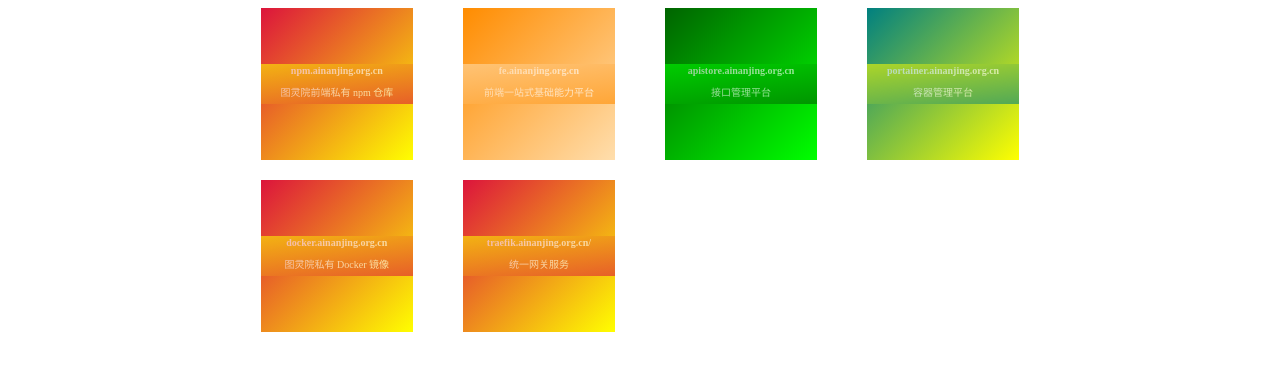
Repository: heweiwei1/portainer
Page: index.html
An editor plug-in stored every save of this project. The page is shown before and after the next save, followed by the edit.
The browser window is 1280 px wide. The pictures show the whole page.

Above is the page before, as saved 2021-04-13 17:59:49.

After the next save:
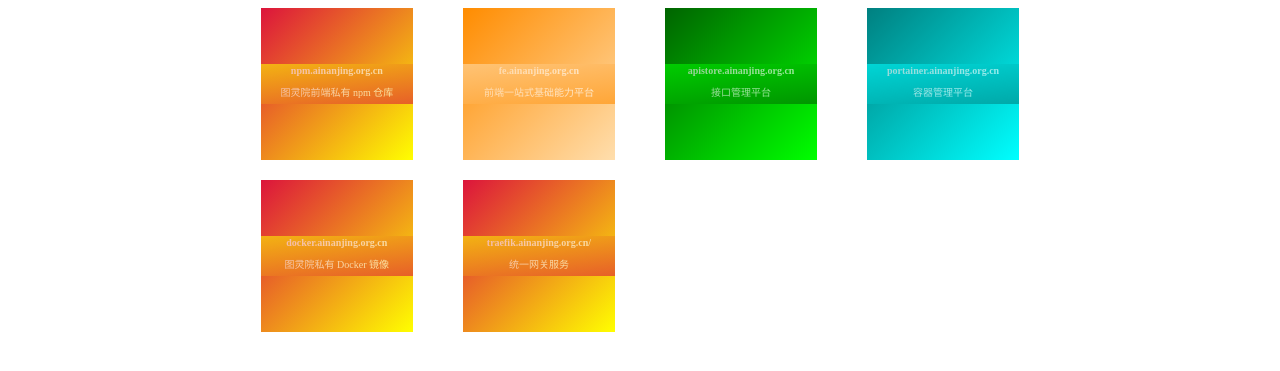
Saved 21 s later.
--- a/index.css
+++ b/index.css
@@ -60,10 +60,10 @@ a {
   background-image: linear-gradient(to top left,#006400,#00ff00);
 }
 .demo-4 {
-  background-image: linear-gradient(to bottom right,#008080,#ffff00);
+  background-image: linear-gradient(to bottom right,#008080,#00ffff);
 }
 .demo-4 .trans{
-  background-image: linear-gradient(to top left,#008080,#ffff00);
+  background-image: linear-gradient(to top left,#008080,#00ffff);
 }
 .demo-5 {
   background-image: linear-gradient(to bottom right,#dc143c,#ffff00);
